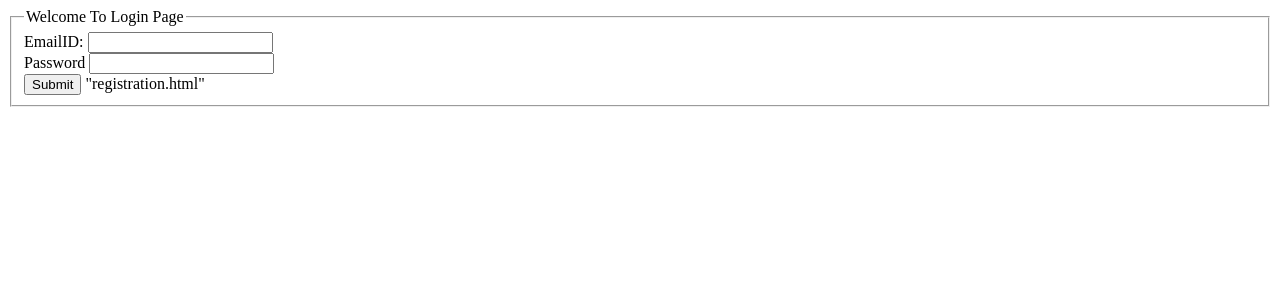
Repository: Tharungandhi/ServeltProject
Page: LginRegistrationApp/WebContent/login.html
An editor plug-in stored every save of this project. The page is shown before and after the next save, followed by the edit.
The browser window is 1280 px wide. The pictures show the whole page.

Above is the page before, as saved 2019-01-22 09:17:39.

### LginRegistrationApp/WebContent/login.html
<!DOCTYPE html>
<html>
<head>
<meta charset="UTF-8">
<title>Login Page</title>
</head>
<body>
<form action="login" method="post">

<fieldset>
<legend>Welcome To Login Page</legend>
<label>EmailID:</label>
<input type="text" name="emailid" value="" required/> </div>
<div>
<div>
<label>Password</label>
<input type="password" name="password" value="" required/>
</div>
<input type="submit" name="submit"/>
<href>"registration.html"</href>
</fieldset>
</form>
</body>
</html>

After the next save:
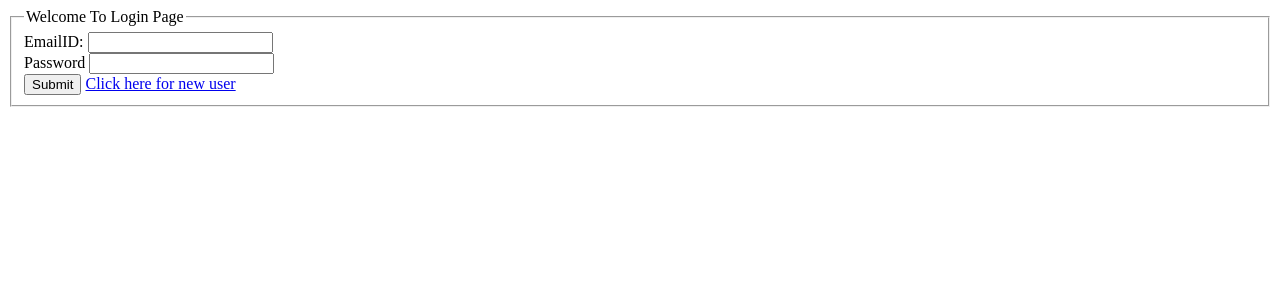
Saved 2 min 28 s later.
--- a/LginRegistrationApp/WebContent/login.html
+++ b/LginRegistrationApp/WebContent/login.html
@@ -17,7 +17,7 @@
 <input type="password" name="password" value="" required/>
 </div>
 <input type="submit" name="submit"/>
-<href>"registration.html"</href>
+<a href=registration.html/> Click here for new user </a>
 </fieldset>
 </form>
 </body>
